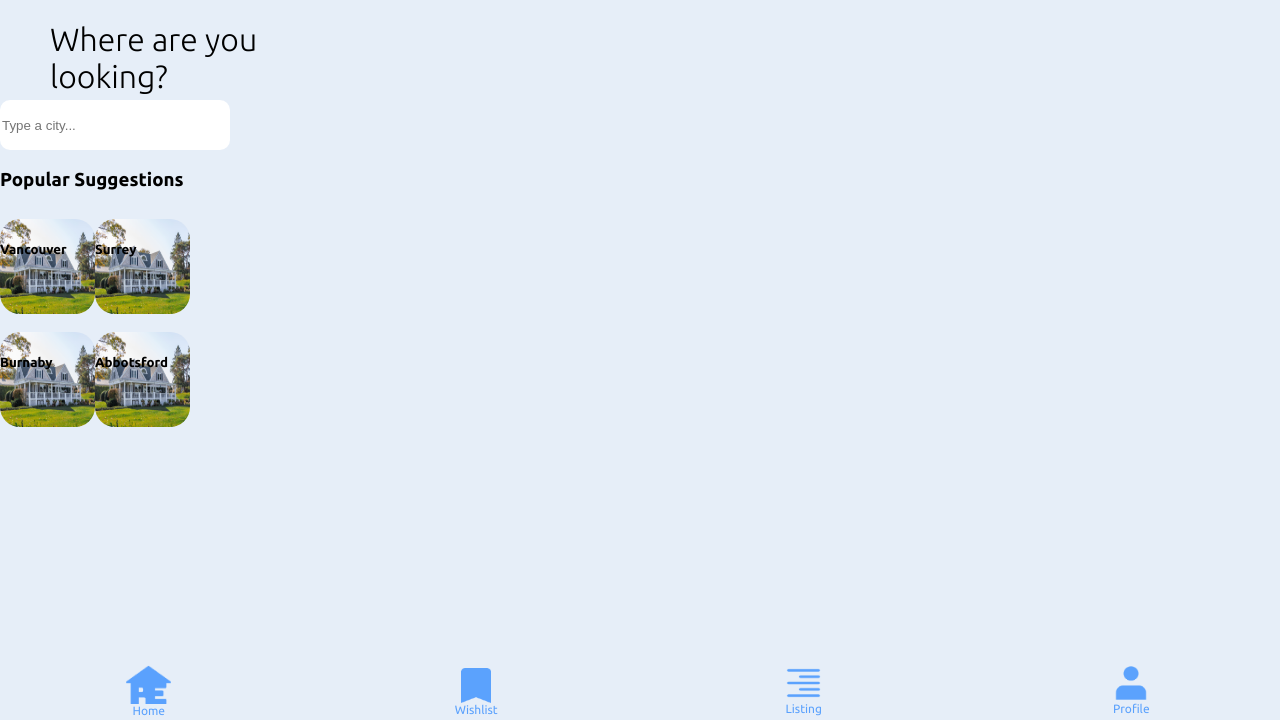
Repository: msyukurrr/realeasy
Page: /listing
The author's editor kept a copy of each file at every save. The page is drawn from the files as they stood at one save, then again after the next save.
The browser window is 1280 px wide. The pictures show the whole page.
The project was rebuilt for these pictures with package versions that can differ from the ones it lists, and the page was loaded fresh each time. The framework's server and built-in components were replaced by stand-ins that run in the browser. Also part of the build but not shown: next.config.js, components/Button.js, pages/api/realEstate.js.

Above is the page before, as saved 2023-02-03 18:21:18.

### pages/listing.js
import Heading from "../components/Heading";
import NavBar from "../components/NavBar";

import MainButton from "../components/Button.js";
import styled from "styled-components";
import RealEstate from "./api/realEstate";



export default function Listing({

}){
    return(
        <><div >

        <Heading headingtxt="Where are you looking?"/>

        <input placeholder="Type a city..." style={{width:230, height:50, borderRadius:10, backgroundColor:"white", border:'transparent'}}></input>

        <h3>Popular Suggestions</h3>

    <div>

        <div style={{display:'flex', flexDirection:'row', paddingTop:10, paddingBottom:15}}>
            <div>
                <h5 style={{display:'flex', position:'absolute'}}>Vancouver</h5>
                <img src="house.png" style={{width:95, height:95, borderRadius:20}}/>

            </div>

            <div>
                <h5 style={{display:'flex', position:'absolute'}}>Surrey</h5>
                <img src="house.png" style={{width:95, height:95, borderRadius:20}}/>

            </div>
        </div>

        <div style={{display:'flex', flexDirection:'row'}}>
            <div>
                <h5 style={{display:'flex', position:'absolute'}}>Burnaby</h5>
                <img src="house.png" style={{width:95, height:95, borderRadius:20}}/>

            </div>

            <div>
                <h5 style={{display:'flex', position:'absolute'}}>Abbotsford</h5>
                <img src="house.png" style={{width:95, height:95, borderRadius:20}}/>

            </div>
        </div>

    </div>






        </div>
        <NavBar></NavBar>

        </>
    )
}

### styles/globals.css
@import url('https://fonts.googleapis.com/css2?family=Ubuntu:ital,wght@0,300;0,400;0,500;0,700;1,300;1,400;1,500;1,700&display=swap');

html,
body {
  padding: 0;
  margin: 0;
  font-family: "Ubuntu", sans-serif;
  background-color: #E6EEF8;
}

a {
  color: inherit;
  text-decoration: none;
}

* {
  box-sizing: border-box;
}

@media (prefers-color-scheme: dark) {
  html {
    color-scheme: dark;
  }
  body {
    color: white;
    background: E6EEF8;
  }
}

### components/Heading.js
import styled from "styled-components";

const Container = styled.div`
display: flex;
margin-left: 50px;
width: 300px;
height: 100px;

`

const Word = styled.h1`

color: ${props=>props.color};
font-weight: ${props=>props.fontweight};
`

export default function Heading({
    h1="Recommended by people around you",
    fw="300",
    color="#5AA1FD",
    headingtxt="Recommended by people around you"
}){
    return<>
    <Container>
    <Word fontweight={fw}
    >{headingtxt}</Word>
    </Container>
    </>
}

### components/NavBar.js
import styled from "styled-components";
import Link from "next/link";

const NavBarCont = styled.div`
position: fixed;
bottom: 0;
width: 100%;
`
const NavCont = styled.nav`
display: flex;
justify-content: space-around;
width: 100%;
background-color: transparent;
height: 60px;
`
const HomeCont = styled.div`
width: 50px;
height: 50px;
display:flex;
flex-direction: column;
justify-content: center;
align-items: center;
margin-top: ${props=>props.margintop};
`
const WishlistCont = styled.div`
width: 50px;
height: 50px;
display:flex;
flex-direction: column;
justify-content: center;
align-items: center;
margin-left: 30px;
margin-top: ${props=>props.margintop};
margin-bottom: ${props=>props.marginbottom};
`
const ListingCont = styled.div`
width: 50px;

display:flex;
flex-direction: column;
justify-content: center;
align-items: center;
margin-left: 30px;
margin-top: ${props=>props.margintop};
`
const ProfileCont = styled.div`
display:flex;
margin-left: 30px;
margin-top: ${props=>props.margintop};
`

const Icon = styled.img`
display: flex;
justify-content: center;
height: ${props=>props.height};
width: ${props=>props.width};
display: flex;
`

const NavList = styled.span`
display: flex;
align-self: center;
color: #5AA1FD;
font-size: 12px;
`


export default function NavBar({
    mt="5px",
    mb=""
}){
    return <NavBarCont>
    <NavCont>
        <Link href="/">
            <HomeCont margintop="6px">
                <Icon src='./logo.png' height="45px" width="45px"/>
                <NavList>Home</NavList>
            </HomeCont>
        </Link>
        <Link href="/wishlist">
            <WishlistCont margintop="7px">
                <Icon src='./wishlist.png' height="35px" width="30px"></Icon>
                <NavList>Wishlist</NavList>
            </WishlistCont>
        </Link>
        <Link href="/listing">
            <ListingCont margintop="4px">
                <Icon src='./listing.png' height="38px" width="45px"></Icon>
                <NavList>Listing</NavList>
            </ListingCont>
        </Link>
        <Link href="/profile">
            <ListingCont margintop="4px">
                <Icon src='./user.png' height="38px" width="40px"></Icon>
                <NavList>Profile</NavList>
            </ListingCont>
        </Link>
    </NavCont>
    </NavBarCont>
}

### styles/Home.module.css
.container {
  padding: 0 2rem;
}

.main {
  min-height: 100vh;
  padding: 4rem 0;
  flex: 1;
  display: flex;
  flex-direction: column;
  justify-content: center;
  align-items: center;
}


.listing {
  min-height: 100vh;
  padding: 4rem 0;
  flex: 1;
  display: flex;
  flex-direction: column;
  justify-content: center;
  align-items: center;
  background-image: linear-gradient(#5AA1FD, white);
}

.footer {
  display: flex;
  flex: 1;
  padding: 2rem 0;
  border-top: 1px solid #eaeaea;
  justify-content: center;
  align-items: center;
}

.footer a {
  display: flex;
  justify-content: center;
  align-items: center;
  flex-grow: 1;
}

.title a {
  color: #0070f3;
  text-decoration: none;
}

.title a:hover,
.title a:focus,
.title a:active {
  text-decoration: underline;
}

.title {
  margin: 0;
  line-height: 1.15;
  font-size: 4rem;
}

.title,
.description {
  text-align: center;
}

.description {
  margin: 4rem 0;
  line-height: 1.5;
  font-size: 1.5rem;
}

.code {
  background: #fafafa;
  border-radius: 5px;
  padding: 0.75rem;
  font-size: 1.1rem;
  font-family: Menlo, Monaco, Lucida Console, Liberation Mono, DejaVu Sans Mono,
    Bitstream Vera Sans Mono, Courier New, monospace;
}

.grid {
  display: flex;
  align-items: center;
  justify-content: center;
  flex-wrap: wrap;
  max-width: 800px;
}

.card {
  margin: 1rem;
  padding: 1.5rem;
  text-align: left;
  color: inherit;
  text-decoration: none;
  border: 1px solid #eaeaea;
  border-radius: 10px;
  transition: color 0.15s ease, border-color 0.15s ease;
  max-width: 300px;
}

.card:hover,
.card:focus,
.card:active {
  color: #0070f3;
  border-color: #0070f3;
}

.card h2 {
  margin: 0 0 1rem 0;
  font-size: 1.5rem;
}

.card p {
  margin: 0;
  font-size: 1.25rem;
  line-height: 1.5;
}

.logo {
  height: 1em;
  margin-left: 0.5rem;
}

@media (max-width: 600px) {
  .grid {
    width: 100%;
    flex-direction: column;
  }
}

@media (prefers-color-scheme: dark) {
  .card,
  .footer {
    border-color: #222;
  }
  .code {
    background: #111;
  }
  .logo img {
    filter: invert(1);
  }
}

Loaded but not shown: pages/_app.js (common file)

After the next save:
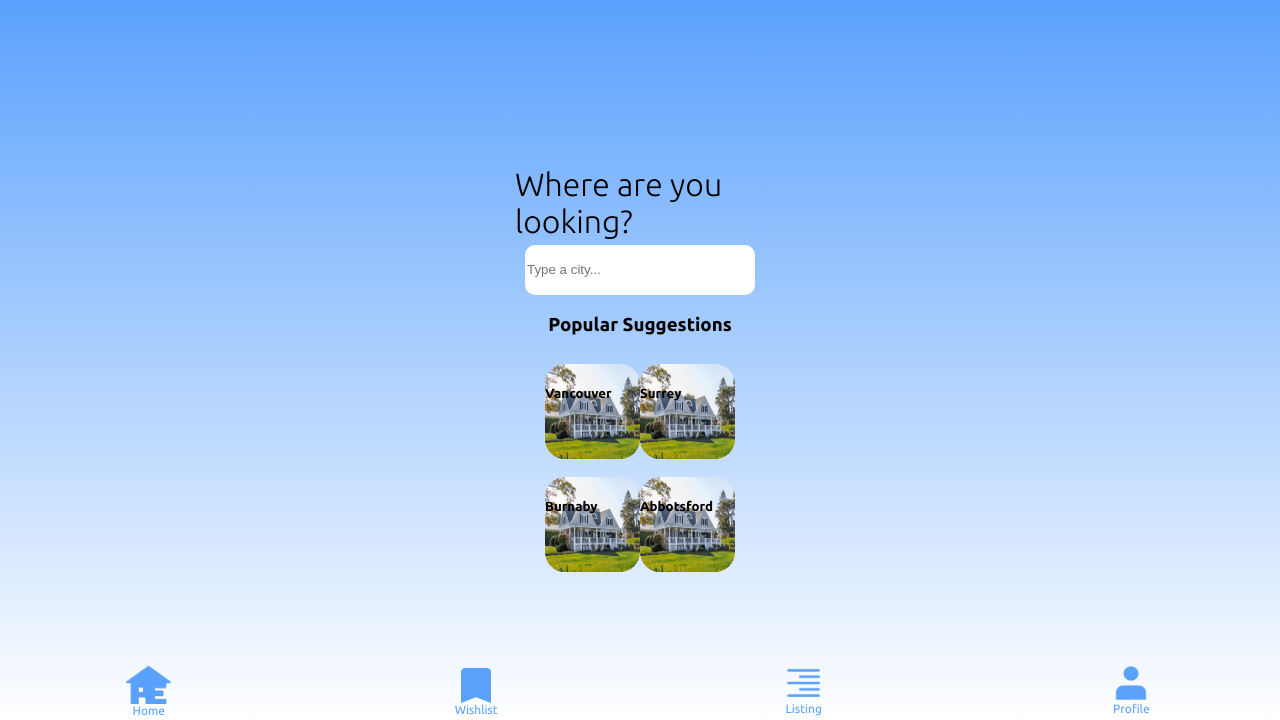
Saved 9 s later.
--- a/pages/listing.js
+++ b/pages/listing.js
@@ -1,6 +1,6 @@
 import Heading from "../components/Heading";
 import NavBar from "../components/NavBar";
-
+import styles from "../styles/Home.module.css"
 import MainButton from "../components/Button.js";
 import styled from "styled-components";
 import RealEstate from "./api/realEstate";
@@ -11,7 +11,7 @@ export default function Listing({
 
 }){
     return(
-        <><div >
+        <><div className={styles.listing}>
 
         <Heading headingtxt="Where are you looking?"/>
 
@@ -25,7 +25,6 @@ export default function Listing({
             <div>
                 <h5 style={{display:'flex', position:'absolute'}}>Vancouver</h5>
                 <img src="house.png" style={{width:95, height:95, borderRadius:20}}/>
-
             </div>
 
             <div>
